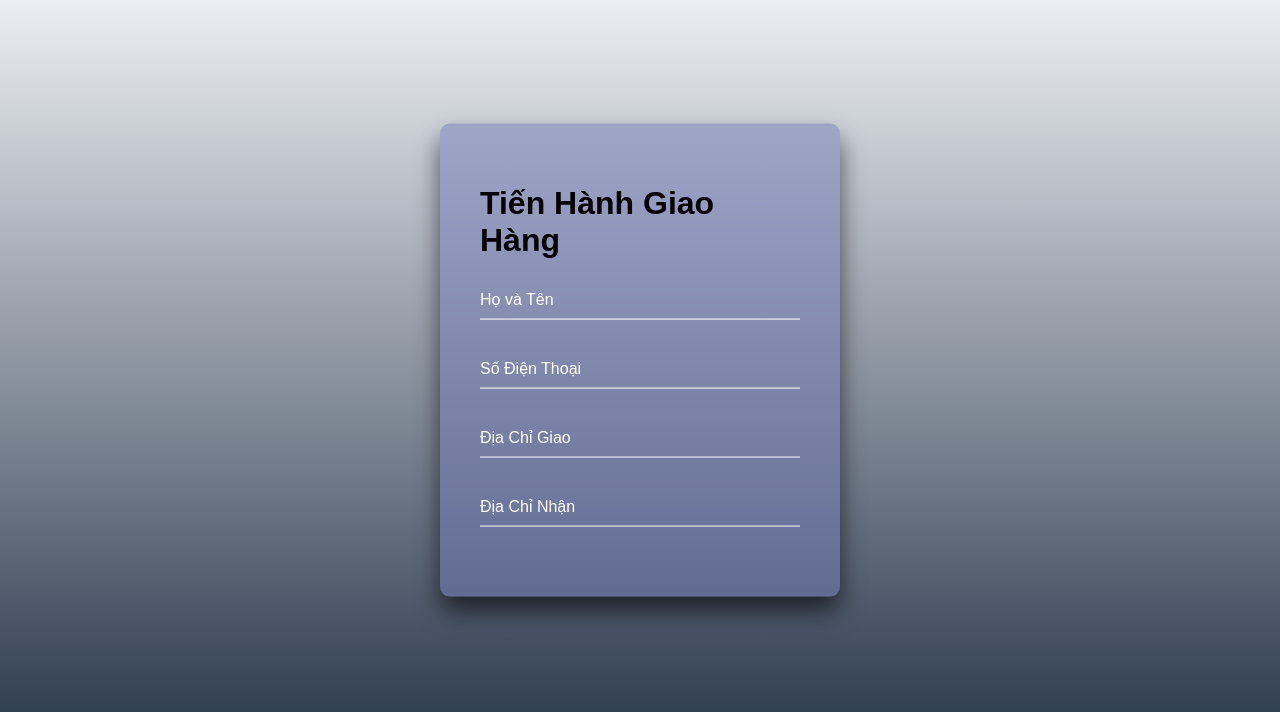
Repository: Pnguyen285/Demo
Page: Giao diện/index.html
These files come from the project's save history. The page is drawn as it stood at one moment and after the next save; the edit follows.
The browser window is 1280 px wide. The pictures show the whole page.

Above is the page before, as saved 2023-07-27 22:01:35.

### Giao diện/index.html
<!DOCTYPE html>
<html lang="en">
<head>
  <meta charset="UTF-8">
  <meta name="viewport" content="width=device-width, initial-scale=1.0">
  <title>Document</title>
  <link rel="stylesheet" type="" href="style.css">
</head>
<body>
  <div class="login-box">
    <h1>Tiến Hành Giao Hàng</h1>
    <form>
      <div class="user-box">
        <input type="text" name="" required="">
        <label>Họ và Tên</label>
      </div>
      <div class="user-box">
        <input type="text" name="" required="">
        <label>Số Điện Thoại</label>
      </div>
      <div class="user-box">
        <input type="text" name="" required="">
        <label>Địa Chỉ Giao</label>
      </div>
      <div class="user-box">
        <input type="text" name="" required="">
        <label>Địa Chỉ Nhận</label>
      </div>

    </form>
  </div>
</body>
</html>

### Giao diện/style.css
html {
  height: 100%;
}
body {
  margin:0;
  padding:0;
  font-family: sans-serif;
  background: linear-gradient(#eceef3, #303e51);
}

.login-box {
  position: absolute;
  top: 50%;
  left: 50%;
  width: 400px;
  padding: 40px;
  transform: translate(-50%, -50%);
  background: rgba(116, 124, 184, 0.5);
  box-sizing: border-box;
  box-shadow: 0 15px 25px rgba(0,0,0,.6);
  border-radius: 10px;
}

.login-box h2 {
  margin: 0 0 30px;
  padding: 0;
  color: #fff;
  text-align: center;
}

.login-box .user-box {
  position: relative;
}

.login-box .user-box input {
  width: 100%;
  padding: 10px 0;
  font-size: 16px;
  color: #0b0909;
  margin-bottom: 30px;
  border: none;
  border-bottom: 1px solid #fff;
  outline: none;
  background: transparent;
}
.login-box .user-box label {
  position: absolute;
  top:0;
  left: 0;
  padding: 10px 0;
  font-size: 16px;
  color: #fff;
  pointer-events: none;
  transition: .5s;
}

.login-box .user-box input:focus ~ label,
.login-box .user-box input:valid ~ label {
  top: -20px;
  left: 0;
  color: #0a0704;
  font-size: 12px;
}

After the next save:
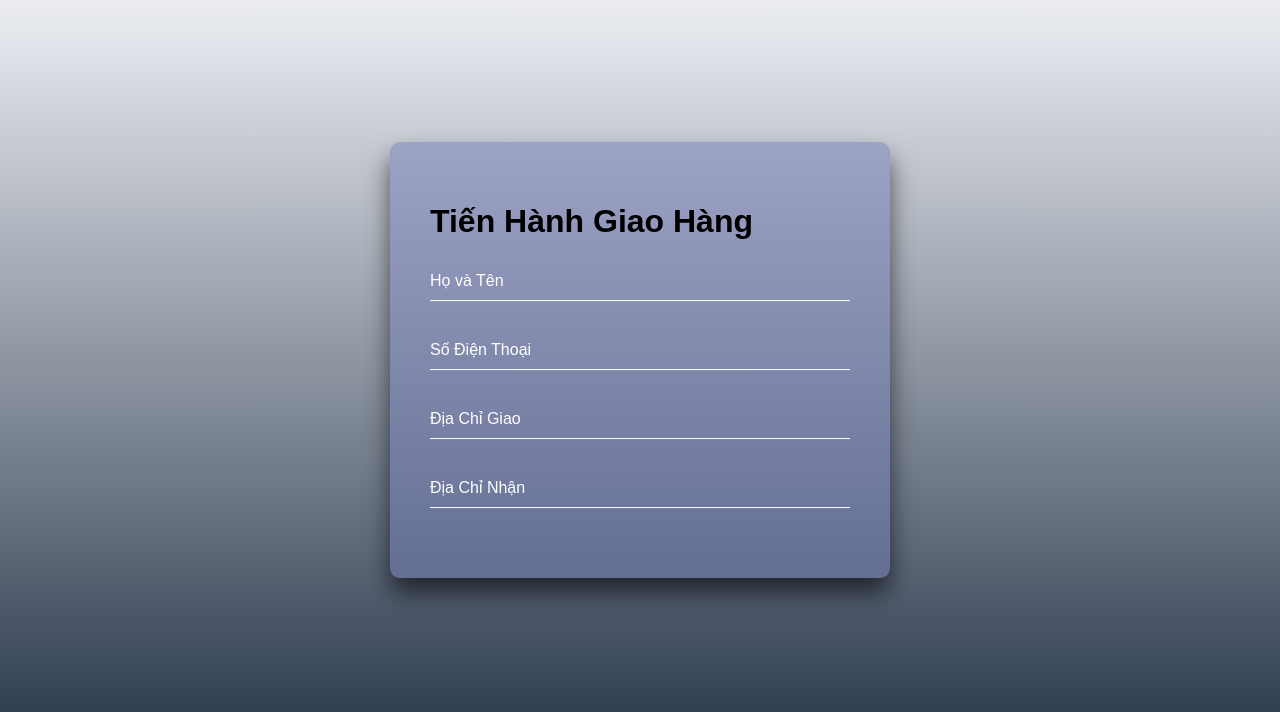
Saved 6 s later.
--- a/Giao diện/style.css
+++ b/Giao diện/style.css
@@ -12,7 +12,7 @@
   position: absolute;
   top: 50%;
   left: 50%;
-  width: 400px;
+  width: 500px;
   padding: 40px;
   transform: translate(-50%, -50%);
   background: rgba(116, 124, 184, 0.5);

After the save that followed:
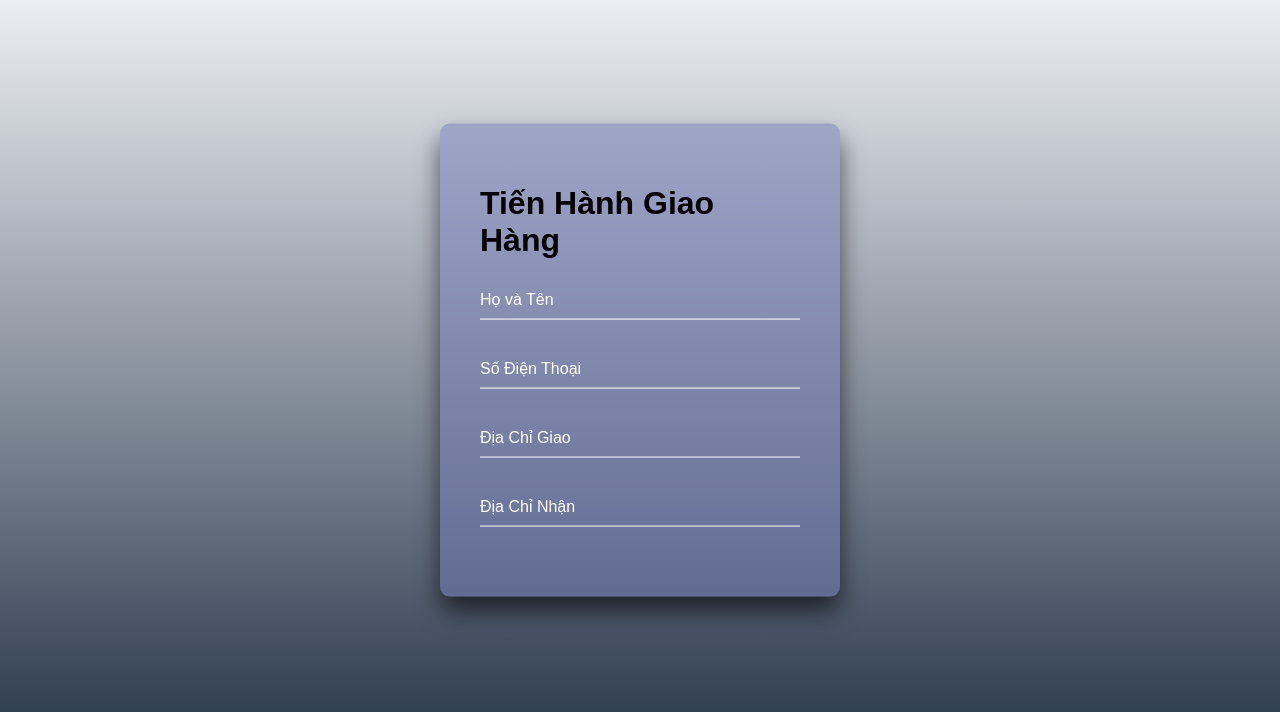
Saved 5 s later.
--- a/Giao diện/style.css
+++ b/Giao diện/style.css
@@ -12,7 +12,7 @@
   position: absolute;
   top: 50%;
   left: 50%;
-  width: 500px;
+  width: 400px;
   padding: 40px;
   transform: translate(-50%, -50%);
   background: rgba(116, 124, 184, 0.5);
